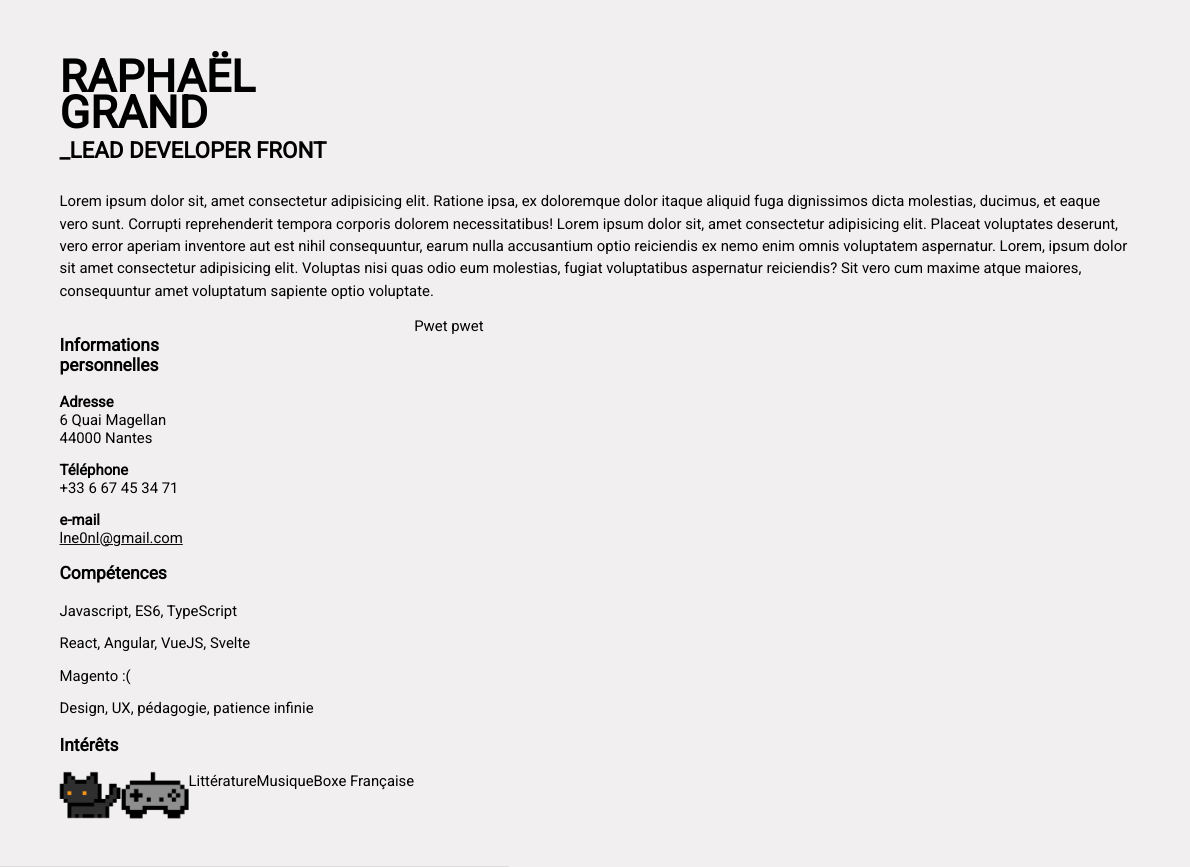
Repository: lne0nl/resume
Page: index.html
These files come from the project's save history. The page is drawn as it stood at one moment and after the next save; the edit follows.
The browser window is 1280 px wide. The pictures show the whole page, at 93% of full size.

Above is the page before, as saved 2021-12-10 10:41:52.

After the next save:
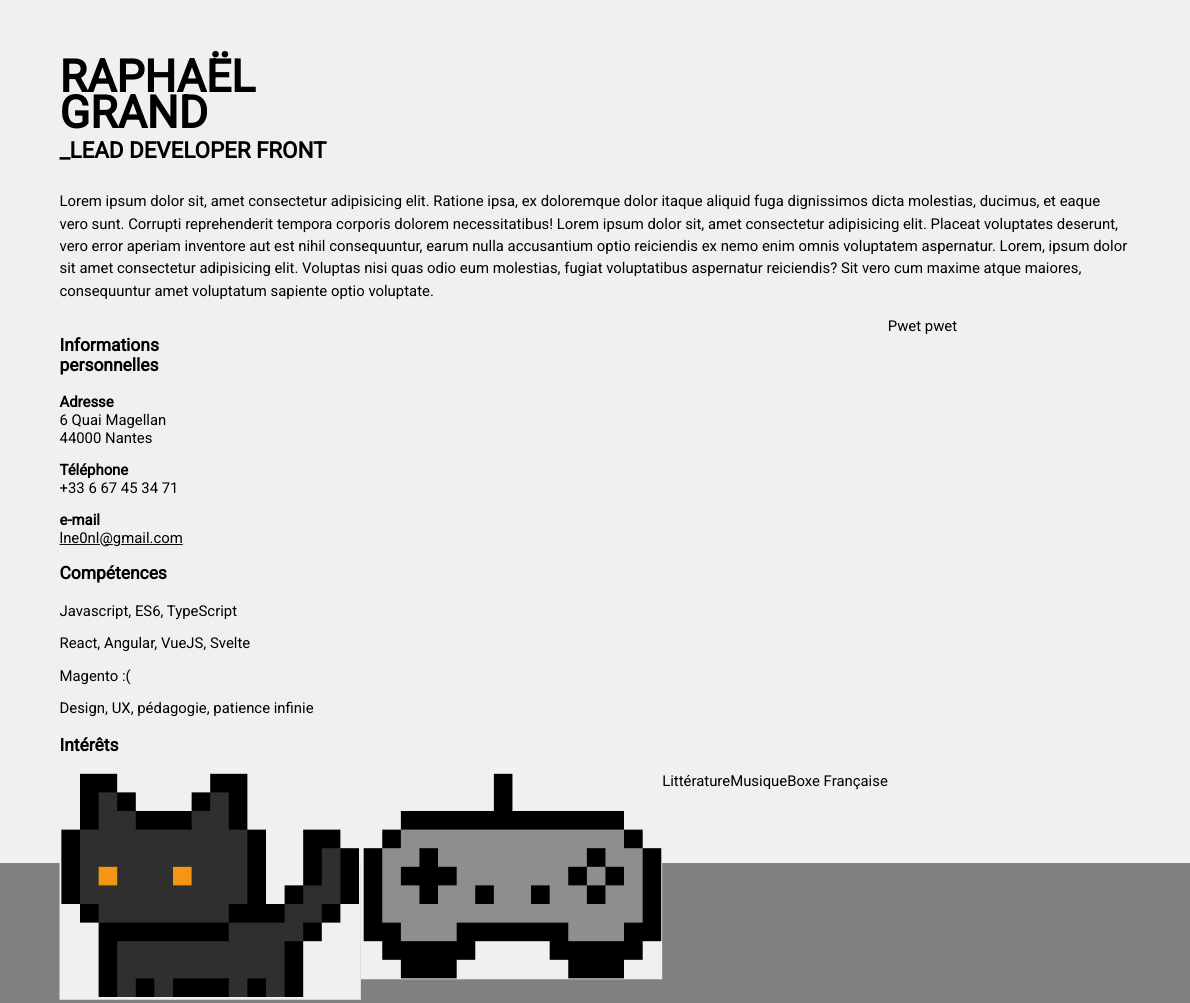
Saved 25 s later.
--- a/style.css
+++ b/style.css
@@ -65,6 +65,6 @@ li {
   justify-content: center;
 }
 
-.interests img {
+.interests li {
   height: 50px;
 }
